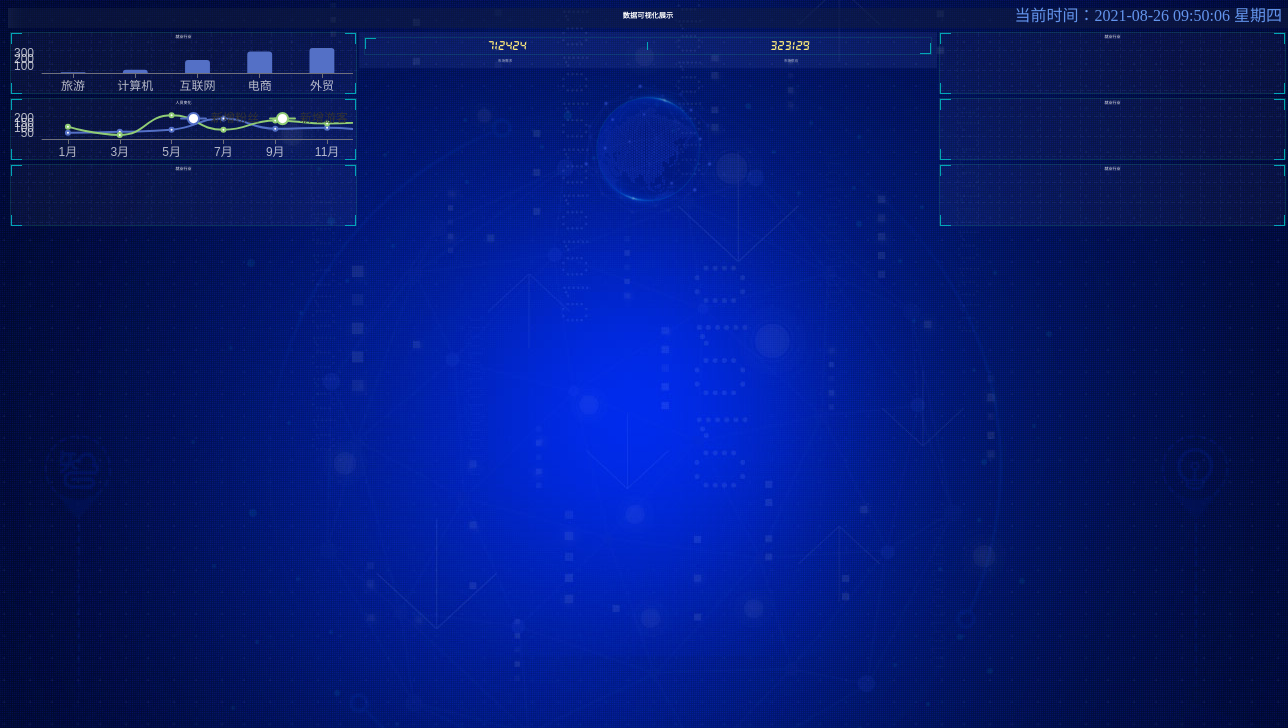
Repository: jiang-1990/DataVM
Page: /
These files come from the project's save history. The page is drawn as it stood at one moment and after the next save; the edit follows.
The browser window is 1280 px wide. The page is 1288 px wide, so the pictures cover 1288 px, including what lies to the right of the window. The pictures show the whole page.
The project was rebuilt for these pictures with package versions that can differ from the ones it lists, and the page was loaded fresh each time.

Above is the page before, as saved 2021-08-27 13:58:11.

### index.html
<!DOCTYPE html>
<html>
  <head>
    <meta charset="utf-8">
    <meta name="viewport" content="width=device-width,initial-scale=1.0">
    <title>mydatam</title>
  </head>
  <body>
    <div id="app"></div>
    <!-- built files will be auto injected -->
  </body>
</html>

### src/main.js
// The Vue build version to load with the `import` command
// (runtime-only or standalone) has been set in webpack.base.conf with an alias.
import Vue from 'vue'
import App from './App'
import router from './router'
import 'lib-flexible/flexible.js'
//声明字体
import './font/font.css'

Vue.config.productionTip = false

/* eslint-disable no-new */
new Vue({
  el: '#app',
  router,
  components: { App },
  template: '<App/>'
})

### src/App.vue
<template>
  <div id="app">
    <router-view/>
  </div>
</template>

<script>
export default {
  name: 'App'
}
</script>

<style>
body{
  background-image: url('assets/bg.jpg') ;
  background-Repeat : 'no-repeat';
  background-Size : '100% 100%';
  background-position: center;/* 背景图随屏幕尺寸变化 背景图两边隐藏 图片不压缩 */
}
html,body {
  width: 100%;
  height: 100%;
}

</style>

### src/router/index.js
import Vue from 'vue'
import Router from 'vue-router'
import bigScreen from '@/components/bigScreen'

Vue.use(Router)

export default new Router({
  routes: [
    {
      path: '/',
      name: 'bigScreen',
      component: bigScreen
    }
  ]
})

### src/font/font.css
 /* 声明字体 */
@font-face {
    font-family: 'electronicFont';
    src: url(./DS-DIGIT.ttf);
}

### src/components/bigScreen.vue
<template>
  <div>
    <div class="top">
      <h1>数据可视化展示</h1>
      <span class="time">当前时间：{{ date | dateFormat }}</span>
    </div>
    <div class="mainBox">
      <div class="culonm">
        <div class="panl bar">
          <h2>就业行业</h2>
          <div class="chart" id="bar_l"></div>
          <div class="zhuanjiao"></div>
        </div>

        <div class="panl line">
          <h2>人员变化</h2>
          <div class="chart" id="line_l"></div>
          <div class="zhuanjiao"></div>
        </div>

        <div class="panl pie">
          <h2>就业行业</h2>
          <div class="chart"></div>
          <div class="zhuanjiao"></div>
        </div>
      </div>
      <div class="culonm">
        <div class="num">
          <div class="num-hd">
            <ul>
              <li>712424</li>
              <li>323129</li>
            </ul>
          </div>
          <div class="num-bd">
            <ul>
              <li>市场需求</li>
              <li>市场供应</li>
            </ul>
          </div>
        </div>
        <div class="map">
          <div class="map1"></div>
          <div class="map2"></div>
          <div class="map3"></div>
          <div class="chart"></div>
        </div>
      </div>
      <div class="culonm">
        <div class="panl bar">
          <h2>就业行业</h2>
          <div class="chart"></div>
          <div class="zhuanjiao"></div>
        </div>

        <div class="panl line">
          <h2>就业行业</h2>
          <div class="chart"></div>
          <div class="zhuanjiao"></div>
        </div>

        <div class="panl pie">
          <h2>就业行业</h2>
          <div class="chart"></div>
          <div class="zhuanjiao"></div>
        </div>
      </div>
    </div>
    <!-- <div id="myChart" style="width:1920px; height: 400px;"></div> -->
  </div>
</template>

<script>
// 引入echarts
var echarts = require("echarts");
export default {
  data() {
    return {
      date: new Date(), //当前日期
    };
  },
  // 定义一个局部的过滤器，格式化当前时间
  filters: {
    dateFormat: (dateTime) => {
      var now = new Date(dateTime);
      var y = now.getFullYear();
      var m = (now.getMonth() + 1).toString().padStart(2, "0");
      var d = now.getDate().toString().padStart(2, "0");
      var hh = now.getHours().toString().padStart(2, "0");
      var mm = now.getMinutes().toString().padStart(2, "0");
      var ss = now.getSeconds().toString().padStart(2, "0");
      let week = now.getDay(); // 星期
      let weekArr = [
        "星期日",
        "星期一",
        "星期二",
        "星期三",
        "星期四",
        "星期五",
        "星期六",
      ];
      // 过滤器中要有返回值
      return `${y}-${m}-${d} ${hh}:${mm}:${ss} ${weekArr[week]}`;
    },
  },
  mounted() {
    this.createchartLine_l();
    this.createchartBar_l();
    var _this = this;
    this.timer = setInterval(() => {
      _this.date = new Date(); // 修改日期数据
    }, 1000);
  },
  created() {},
  methods: {
    createchartBar_l() {
      var myChart = echarts.init(document.getElementById("bar_l"));
      var option;
      option = {
        tooltip: {
          trigger: "axis",
          axisPointer: {
            // 坐标轴指示器，坐标轴触发有效
            type: "shadow", // 默认为直线，可选为：'line' | 'shadow'
          },
          backgroundColor: "rgba(0,21,49, 0.7)", //通过设置rgba调节背景颜色与透明度
          borderWidth: 0,
          textStyle: {
            color: "#fff",
          },
        },
        grid: {
          left: "0%",
          right: "0%",
          bottom: "0%",
          top: "12%",
          containLabel: true,
        },

        xAxis: [
          {
            type: "category",
            data: ["旅游", "计算机", "互联网", "电商", "外贸"],
            axisTick: {
              alignWithLabel: true,
            },
            splitLine: {
              show: false,
            },
            axisLabel: {
              color: "rgba(255,255,255, 0.7)",
            },
          },
        ],
        yAxis: [
          {
            type: "value",
            splitLine: {
              show: false,
            },
            axisLabel: {
              color: "rgba(255,255,255, 0.7)",
            },
          },
        ],
        series: [
          {
            name: "直接访问",
            type: "bar",
            barWidth: "40%",
            data: [10, 52, 200, 334, 390],
            itemStyle: {
              borderRadius: [3, 3, 0, 0],
            },
          },
        ],
      };
      myChart.setOption(option);
    },
    createchartLine_l() {
      var myChart = echarts.init(document.getElementById("line_l"));
      console.log(myChart);
      var option = {
        tooltip: {
          trigger: "axis",
          backgroundColor: "rgba(0,21,49, 0.7)", //通过设置rgba调节背景颜色与透明度
          borderWidth: 0,
          textStyle: {
            color: "#fff",
          },
        },
        legend: {
          data: ["新增粉丝", "新增游客"],
          right:0,
          itemStyle:{
            borderWidth:0,
          },
          lineStyle: {
            with:"30px",
            cap:'round',
          }
        },
        grid: {
          left: "0%",
          right: "0%",
          bottom: "0%",
          top: "12%",
          containLabel: true,
        },

        xAxis: [
          {
            type: "category",
            data: ["1月", "3月", "5月", "7月", "9月", "11月"],
            axisTick: {
              alignWithLabel: true,
            },
            splitLine: {
              show: false,
            },
            axisLabel: {
              color: "rgba(255,255,255, 0.7)",
            },
          },
        ],
        yAxis: [
          {
            type: "value",
            splitLine: {
              show: false,
            },
            axisLabel: {
              color: "rgba(255,255,255, 0.7)",
            },
          },
        ],
        series: [
          {
            name: '新增粉丝',
            type: 'line',
            smooth: true,
            data: [60, 70, 90, 200, 100, 110, 60]
        },
          {
            name: '新增游客',
            type: 'line',
            smooth: true,
            data: [120, 40, 230, 90, 180, 150, 180]
        },

        ],
      };
      myChart.setOption(option);
    },
  },
};
</script>

<style scoped>
@import "../css/bigScreen.css";
</style>

### src/css/bigScreen.css
* {
  margin: 0;
  padding: 0;
  box-sizing: border-box;
}
li {
  list-style-type: none;
}
.top {
  height: 1.25rem;
  background: url(../assets/head_bg.png) no-repeat;
  box-sizing: 100% 100%;
  position: relative;
}
.top h1 {
  font-size: 0.45rem;
  line-height: 1rem;
  color: #ffffff;
  text-align: center;
}
.top .time {
  line-height: 0.9375rem;
  position: absolute;
  right: 0.375rem;
  top: 0;
  color: cornflowerblue;
}
.mainBox {
  min-width: 1024px;
  max-width: 1920px;
  margin: 0 auto;
  display: flex;
  padding: 0.25rem 0.125rem 0;
}
.mainBox .culonm {
  flex: 3;
}
.mainBox .culonm:nth-child(2) {
  flex: 5;
  margin: 0 0.125rem 0.1875rem;
}
.mainBox .panl {
  position: relative;
  height: 3.875rem;
  border: 0.0125rem solid rgba(25, 186, 139, 0.17);
  background: url(../assets/line.png) rgba(255, 255, 255, 0.03);
  padding: 0 0.1875rem 0.25rem;
  margin-bottom: 0.25rem;
}
.mainBox .panl::before {
  position: absolute;
  top: 0;
  left: 0;
  width: 10px;
  height: 10px;
  border-left: 1px solid #02a6b5;
  border-top: 1px solid #02a6b5;
  content: "";
}
.mainBox .panl::after {
  position: absolute;
  top: 0;
  right: 0;
  width: 10px;
  height: 10px;
  border-right: 1px solid #02a6b5;
  border-top: 1px solid #02a6b5;
  content: "";
}
.mainBox .panl .zhuanjiao {
  width: 100%;
  height: 10px;
  position: absolute;
  bottom: 0px;
  left: 0;
}
.mainBox .panl .zhuanjiao::before {
  position: absolute;
  top: 0;
  left: 0;
  width: 10px;
  height: 10px;
  border-left: 1px solid #02a6b5;
  border-bottom: 1px solid #02a6b5;
  content: "";
}
.mainBox .panl .zhuanjiao::after {
  position: absolute;
  top: 0;
  right: 0;
  width: 10px;
  height: 10px;
  border-right: 1px solid #02a6b5;
  border-bottom: 1px solid #02a6b5;
  content: "";
}
.mainBox .panl h2 {
  font-size: 0.25rem;
  color: #ffffff;
  line-height: 0.5rem;
  text-align: center;
  height: 0.5rem;
  font-weight: 400;
}
.mainBox .panl .chart {
  height: 3.25rem;
}
.mainBox .num {
  background: rgba(101, 132, 226, 0.1);
  padding: 0.1875rem;
}
.mainBox .num .num-hd {
  position: relative;
  margin: 0.125rem;
  border: 1px solid rgba(25, 186, 139, 0.17);
}
.mainBox .num .num-hd::before {
  position: absolute;
  top: 0;
  left: 0;
  width: 10px;
  height: 10px;
  border-left: 1px solid #02a6b5;
  border-top: 1px solid #02a6b5;
  content: "";
}
.mainBox .num .num-hd::after {
  position: absolute;
  bottom: 0;
  right: 0;
  width: 10px;
  height: 10px;
  border-right: 1px solid #02a6b5;
  border-bottom: 1px solid #02a6b5;
  content: "";
}
.mainBox .num .num-hd ul {
  display: flex;
}
.mainBox .num .num-hd ul li {
  flex: 1;
  line-height: 1rem;
  font-size: 0.875rem;
  color: #ffeb7b;
  text-align: center;
  font-family: electronicFont;
}
.mainBox .num .num-hd ul li:nth-child(1) {
  position: relative;
}
.mainBox .num .num-hd ul li:nth-child(1)::after {
  position: absolute;
  top: 25%;
  right: 0;
  height: 50%;
  border-right: 1px solid #02a6b5;
  content: "";
}
.mainBox .num .num-bd {
  position: relative;
}
.mainBox .num .num-bd ul {
  display: flex;
}
.mainBox .num .num-bd ul li {
  flex: 1;
  line-height: 0.5rem;
  font-size: 0.225rem;
  color: rgba(255, 255, 255, 0.7);
  text-align: center;
}
.mainBox .map {
  height: 10.125rem;
  position: relative;
}
.mainBox .map .map1 {
  width: 6.475rem;
  height: 6.475rem;
  position: absolute;
  top: 50%;
  left: 50%;
  transform: translate(-50%, -50%);
  background: url(../assets/map.png);
  background-size: 100% 100%;
  opacity: 0.3;
}
.mainBox .map .map2 {
  width: 8.0375rem;
  height: 8.0375rem;
  position: absolute;
  top: 50%;
  left: 50%;
  transform: translate(-50%, -50%);
  background: url(../assets/lbx.png);
  background-size: 100% 100%;
  animation: rotatel1 20s linear infinite;
  opacity: 0.6;
}
@keyframes rotatel1 {
  from {
    transform: translate(-50%, -50%) rotate(0deg);
  }
  to {
    transform: translate(-50%, -50%) rotate(360deg);
  }
}
.mainBox .map .map3 {
  width: 7.075rem;
  height: 7.075rem;
  position: absolute;
  top: 50%;
  left: 50%;
  transform: translate(-50%, -50%);
  background: url(../assets/jt.png);
  background-size: 100% 100%;
  animation: rotatel2 15s linear infinite;
  opacity: 0.6;
}
@keyframes rotatel2 {
  from {
    transform: translate(-50%, -50%) rotate(0deg);
  }
  to {
    transform: translate(-50%, -50%) rotate(-360deg);
  }
}
.mainBox .map .chart {
  height: 10.125rem;
}

After the next save:
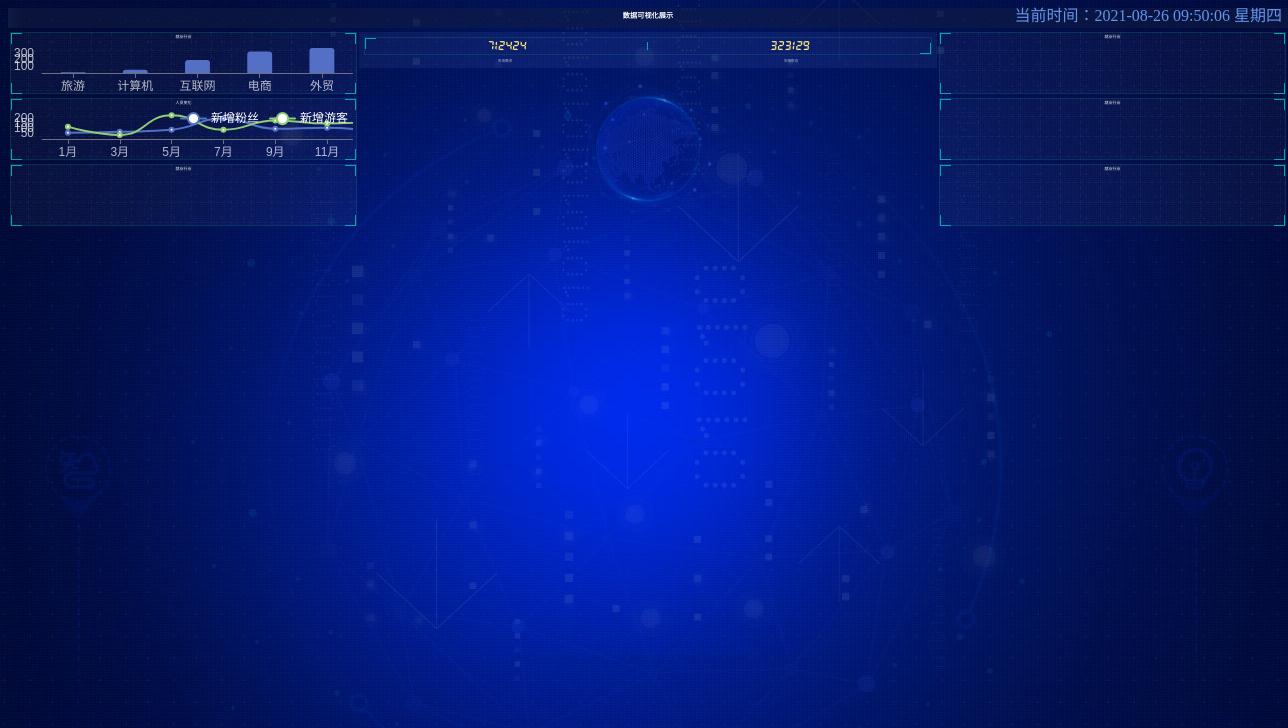
Saved 2 min 20 s later.
--- a/src/components/bigScreen.vue
+++ b/src/components/bigScreen.vue
@@ -198,6 +198,9 @@ export default {
           lineStyle: {
             with:"30px",
             cap:'round',
+          },
+          textStyle:{
+            color:"#fff"
           }
         },
         grid: {
